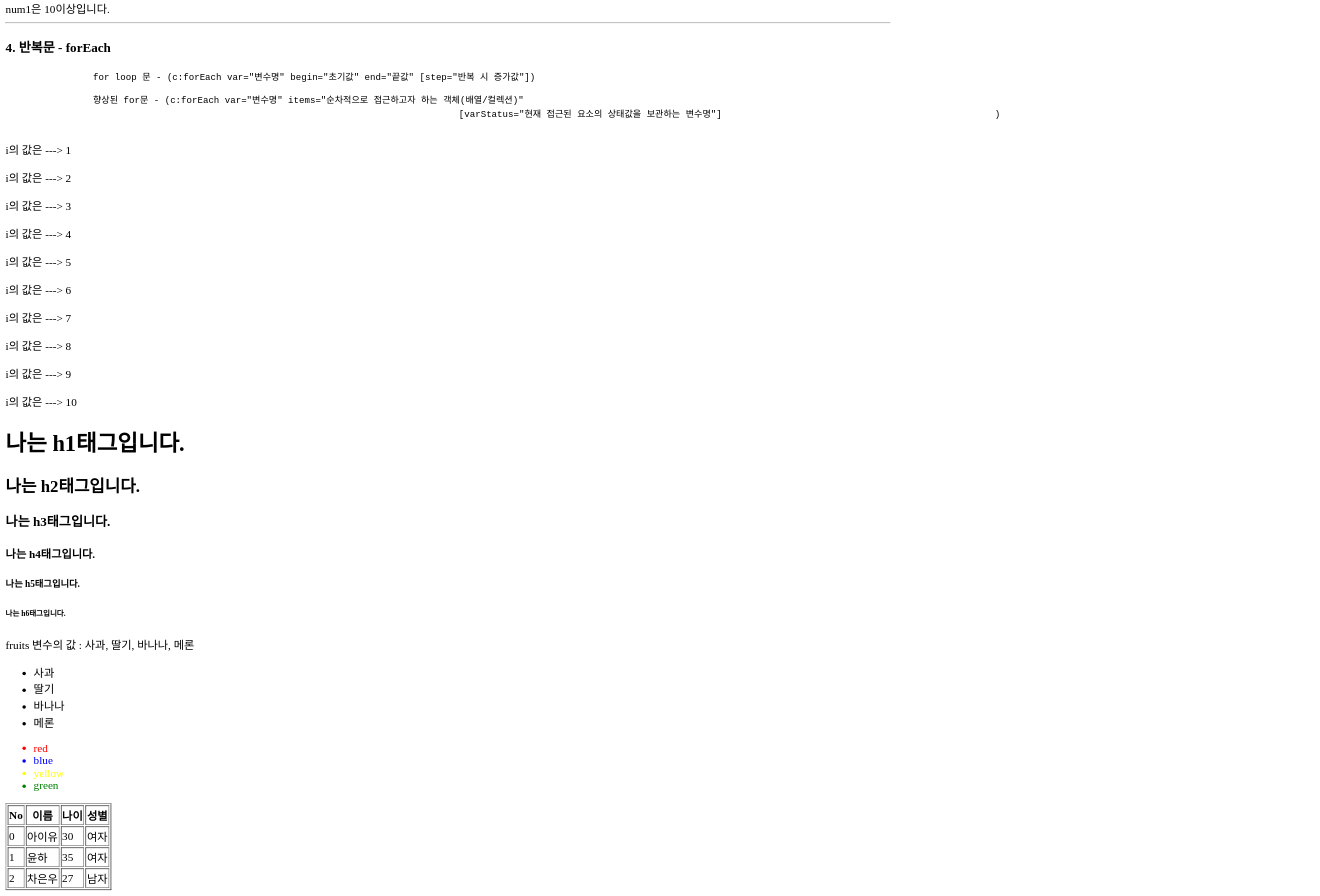
Repository: smjae96/Backup
Page: http://localhost/elActionProject/views/3_CustomAction/01_core.jsp
The author's editor kept a copy of each file at every save. The page is drawn from the files as they stood at one save, then again after the next save.
The browser window is 1280 px wide. The page is 1886 px wide, so the pictures cover 1886 px, including what lies to the right of the window. The pictures show the part of the page from y = 1221 to 2501 px (the page is 2501 px tall), at 70% of full size.
The page is served by Tomcat 9. Other server files are loaded and not shown.

Above is the page before, as saved 2024-04-01 06:09:14.

### 5_JSP/elActionProject/src/main/webapp/views/3_CustomAction/01_core.jsp
<%@ page language="java" contentType="text/html; charset=UTF-8"
    pageEncoding="UTF-8"%>
<%@ page import="java.util.ArrayList, com.kh.model.vo.*" %>
<%@ taglib prefix="c" uri="http://java.sun.com/jsp/jstl/core" %>
<!DOCTYPE html>
<html>
<head>
<meta charset="UTF-8">
<title>Core Library</title>
</head>
<body>
	<h1> JSTL Core Library </h1>

	<h3>1. 변수 (속성 == Attribute)</h3>
	<pre>
		* 변수 선언과 동시에 초기화 (c:set var="변수명" value="데이터(값)" [scope="객체영역"])
			- 변수를 선언하고 초기값을 대입하는 기능 제공
			- 해당 변수를 어떤 scope에 저장할 지 지정 가능 (생략 시 pageScope에 저장)
		=> 따라서, 해당 scope에 setAttribute를 통해 key/value 형태로 데이터를 저장하는 것과 동일하게 처리됨.
		=> c:set 으로 선언된 변수는 EL로만 접근 가능 (스크립팅 원소로 접근 불가)

		- 변수 타입을 별도로 지정하지 않음
		- 초기값을 반드시 지정해줘야 함
	</pre>
	<%-- num1 이라는 변수에 10이라는 값을 저장 --%>
	<c:set var="num1" value="10"/>
	<%-- pageScope.setAttriubte("num1", "10"); --%>
	<%-- request영역에 num2 변수에 20이라는 값을 저장 --%>
	<c:set var="num2" value="20" scope="request"/>
	<%-- request.setAttribute("num2", "20"); --%>
	num1 : ${num1}<br>
	num2 : ${num2}<br>

	<%-- num1과 num2의 합을 저장한 addNum 변수를 session 영역에 저장 --%>
	<c:set var="addNum" value="${num1 + num2}" scope="session"/>
	addNum : ${addNum}<br>

	<%-- num1, num2, addNum --%>
	> ${pageScope.num1 }<br>
	> ${requestScope.num2 }<br>
	> ${sessionScope.addNum }<br>
	> ${requestScope.addNum }<br>

	<%-- value 속성 대신 시작태그와 종료태그 사이에 초기값 지정 --%>
	<c:set var="addNum" scope="request" >999</c:set>
	> ${requestScope.addNum }
	<hr>

	<pre>
		* 변수 삭제 (c:remove var="제거하고자하는_변수명" [scope=""])
			- 해당 scope 영역에 해당 변수를 찾아 제거하는 태그
			- scope 속성을 생략 시 모든 scope영역에서 해당 변수를 모두 제거
		=> 따라서, 해당 scope에 .removeAttribute를 통해 제거하는 것과 동일하게 처리됨.
	</pre>
	- 제거 전 addNum : ${ addNum }<br>
	* 특정 scope를 지정하여 삭제<br>
	<%-- request 영역의 addNum 변수를 제거 --%>
	<c:remove var="addNum" scope="request"/>
	- request 영역에서 제거 후 addNum : ${addNum }<br>
	<br>
	* 모든 scope에서 제거<br>
	<%-- 모든 addNum 변수를 제거 --%>
	<c:remove var="addNum" />
	- 모두 제거 후 addNum : ${ addNum }<br>
	<hr>
	<pre>
		* 변수(데이터) 출력 (c:out value="출력하고자하는_값" [default="기본값"] [escapeXml="true|false"])
			-데이터를 출력하고자 할 때 사용하는 태그
	</pre>

	<%-- addNum 변수에 저장된 값 출력 --%>
	<c:out value="${addNum }"/>
	<c:out value="${addNum }" default="없음"/>
	<br>
	<%-- outData 라는 변수에 "<b>강조하는 태그!</b>" 저장 후 out태그를 사용하여 화면에 출력 --%>
	<c:set var="outData"><b>강조하는 태그!</b></c:set>
	<c:out value="${outData }"/><br>
	<c:out value="${outData }" escapeXml="false"/>
	<%-- escapeXml 속성 생략 시 기본값: true => 출력데이터에 태그가 포함된 경우 해석안됨(문자열로 처리됨) --%>
	<hr>

	<h3>2. 조건문 - if (c:if test="조건식")</h3>
	<pre>
		* Java 의 if문과 비슷한 역할을 하는 태그
		* 조건식은 test 속성에 작성 (이때, 조건식은 EL구문을 사용해야 함!)
	</pre>
	<%-- 스크립트릿 방식 : num1의 값이 num2의 값보다 큰지? --%>
	<%-- JSTL로 선언한 변수로는 접근 불가!
	<% if (num1 > num2) { %>
	<% } %>
	--%>

	<%-- num1이 num2보다 크다면 "num1이 num2보다 크다." --%>
	<c:if test="${num1 gt num2 }">num1이 num2보다 크다</c:if>
	<c:if test="${num1 lt num2 }">num1이 num2보다 작다</c:if>

	<c:set var="hi" value="안녕!" />
	<%--
	<% if(hi.equals("안녕!")) { %>
	<% } %>
	 --%>
	 <%-- hi 변수의 값이 안녕! 과 일치하면 "hi hi hi"를 출력
	 	  일치하지 않으면 "bye bye bye "를 출력--%>
 	  <br>
	 <c:if test="${hi eq '안녕!'}">hi hi hi<br></c:if>
	 <c:if test='${hi ne "안녕!" }'>bye bye bye<br></c:if>
	 <br>
	 <h3>3. 조건문 - Choose (c:choose, c:when, c:otherwise)</h3>
	 <pre>
	 	* Java의 if-else, if-else if 문과 비슷한 역할을 하는 태그
	 	* 각 조건들을 c:choose 하위 요소로 c:when 을 사용하여 작성
	 	* else의 역할 => c:otherwise
	 </pre>
	 <%-- num1이 20보다 크면 "num1은 20보다 큽니다."
	 			10보다 크면 "num1은 10이상입니다."
 				그렇지 않으면 "num1은 10보다 작습니다."
	--%>
	 <c:choose>
	 	<c:when test="${num1 gt 20 }">num1은 20보다 큽니다.</c:when>
	 	<c:when test="${num1 ge 10 }">num1은 10이상입니다.</c:when>
	 	<c:otherwise>num1은 10보다 작습니다.</c:otherwise>
	 </c:choose>
	 <hr>
	 <h3>4. 반복문 - forEach</h3>
	 <pre>
	 	for loop 문 - (c:forEach var="변수명" begin="초기값" end="끝값" [step="반복 시 증가값"])

	 	향상된 for문 - (c:forEach var="변수명" items="순차적으로 접근하고자 하는 객체(배열/컬렉션)"
										   [varStatus="현재 접근된 요소의 상태값을 보관하는 변수명"]                                                  )
	 </pre>
	 <%--
	 <%for(int i=1; i<=10; i++) { %>
	 	<p>i의 값은 ---&gt; <%= i %></p>
	 <%	}	%>
	 --%>

	 <c:forEach var="i" begin="1" end="10"><p>i의 값은 ---&gt; ${i}</p></c:forEach>

	 <%-- h1 ~ h6 태그를 출력 "나는 hx 태그입니다." --%>
	 <c:forEach var="i" begin="1" end="6"><h${i }>나는 h${i }태그입니다.</h${i }></c:forEach>
	 <c:set var="fruits">사과, 딸기, 바나나, 메론</c:set>

	 fruits 변수의 값 : ${fruits }

	 <ul>
	 	<c:forEach var="f" items="${fruits }">
	 		<li>${f}</li>
	 	</c:forEach>
	 </ul>
	 <%--
	 	* colors 라는 변수에 4가지 색상을 콤마(,)로 구분하여 저장
	 	  목록 태그로 나열하고 글자 색을 해당 색상으로 표시
	 --%>
	 <c:set var="col">red, blue, yellow, green</c:set>
	 <ul>
	 	<c:forEach var="color" items="${col }">
	 		<li style="color: ${color}">${color}</li>
	 	</c:forEach>
	 </ul>
	 <%
	 	ArrayList<Person> list = new ArrayList<>();
		list.add(new Person("아이유", 30, "여자"));
	 	list.add(new Person("윤하", 35, "여자"));
	 	list.add(new Person("차은우", 27, "남자"));
	 %>
	 <c:set var="pList" value="<%= list %>" scope="request"/>
	 <%-- request.setAttribute("pList", list) --%>
	 <c:choose>
	 <c:when test="${empty pList }">조회된 리스트가 없습니다.</c:when>
	 <c:otherwise>
	 <table border= "1">
	 	<thead>
	 		<tr>
	 			<th>No</th>
	 			<th>이름</th>
	 			<th>나이</th>
	 			<th>성별</th>
	 		</tr>
 		</thead>
 		<tbody>
 			<c:forEach var="p" items="${pList }" varStatus="status">
 			<tr>
 				<td>${status.index }</td>
 				<td>${p.name }</td>
 				<td>${p.age }</td>
 				<td>${p.gender }</td>
 			</tr>
 			</c:forEach>
 		</tbody>
	 </table>
	 </c:otherwise>
	 </c:choose>
</body>
</html>

### 5_JSP/elActionProject/src/main/java/com/kh/model/vo/Person.java
package com.kh.model.vo;

public class Person {

	private String name;
	private int age;
	private String gender;

	public Person() {
		super();
	}
	public Person(String name, int age, String gender) {
		super();
		this.name = name;
		this.age = age;
		this.gender = gender;
	}

	public String getName() {
		return name;
	}
	public void setName(String name) {
		this.name = name;
	}
	public int getAge() {
		return age;
	}
	public void setAge(int age) {
		this.age = age;
	}
	public String getGender() {
		return gender;
	}
	public void setGender(String gender) {
		this.gender = gender;
	}

	@Override
	public String toString() {
		return "Person [name=" + name + ", age=" + age + ", gender=" + gender + "]";
	}

}

After the next save:
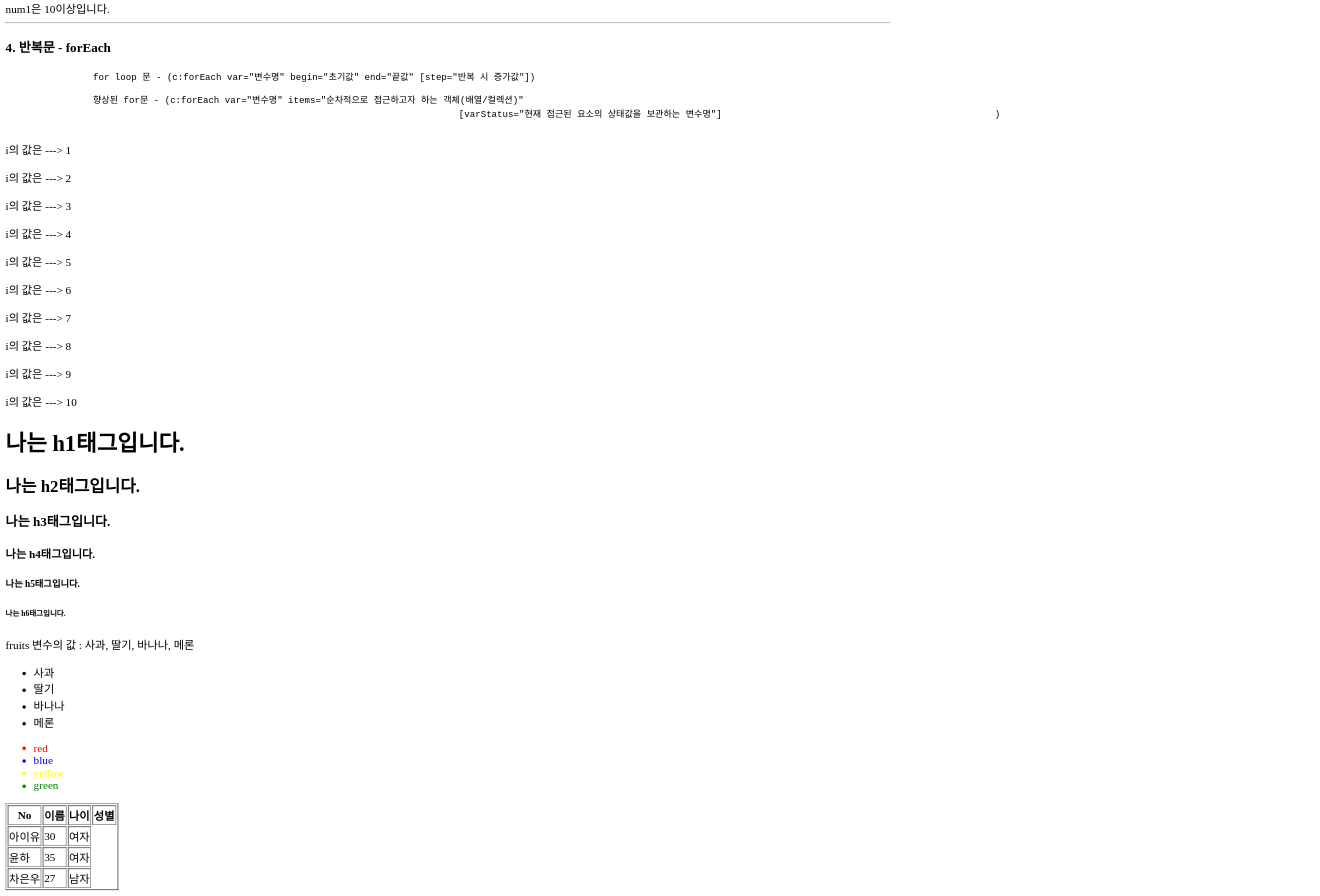
Saved 47 s later.
--- a/5_JSP/elActionProject/src/main/webapp/views/3_CustomAction/01_core.jsp
+++ b/5_JSP/elActionProject/src/main/webapp/views/3_CustomAction/01_core.jsp
@@ -180,7 +180,7 @@
  		<tbody>
  			<c:forEach var="p" items="${pList }" varStatus="status">
  			<tr>
- 				<td>${status.index }</td>
+ 				<%-- <td>${status.index }</td>  --%> <%-- index 속성: 0부터 시작 --%>
  				<td>${p.name }</td>
  				<td>${p.age }</td>
  				<td>${p.gender }</td>

After the save that followed:
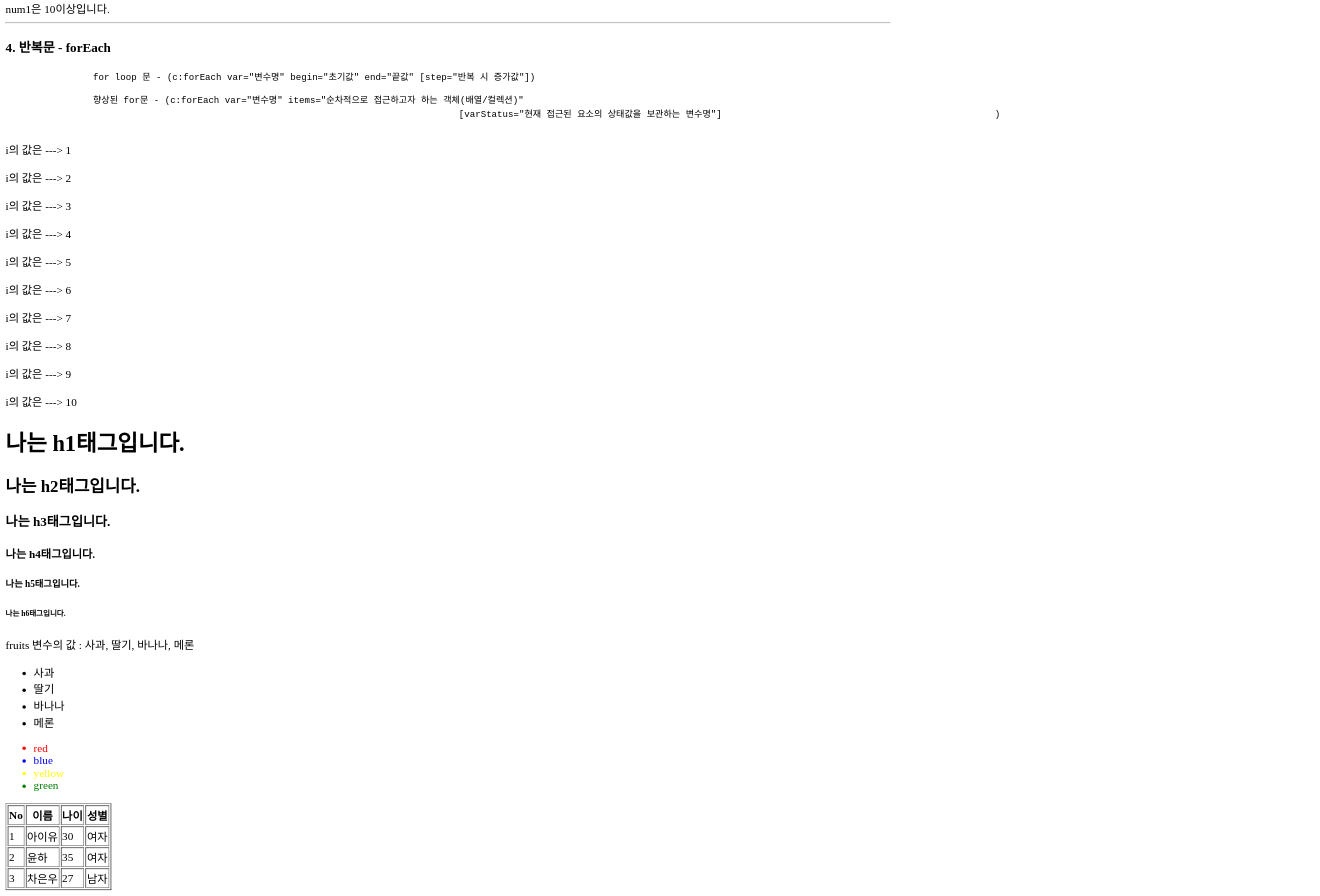
Saved 16 s later.
--- a/5_JSP/elActionProject/src/main/webapp/views/3_CustomAction/01_core.jsp
+++ b/5_JSP/elActionProject/src/main/webapp/views/3_CustomAction/01_core.jsp
@@ -181,6 +181,7 @@
  			<c:forEach var="p" items="${pList }" varStatus="status">
  			<tr>
  				<%-- <td>${status.index }</td>  --%> <%-- index 속성: 0부터 시작 --%>
+ 				<td>${status.count }</td>
  				<td>${p.name }</td>
  				<td>${p.age }</td>
  				<td>${p.gender }</td>
